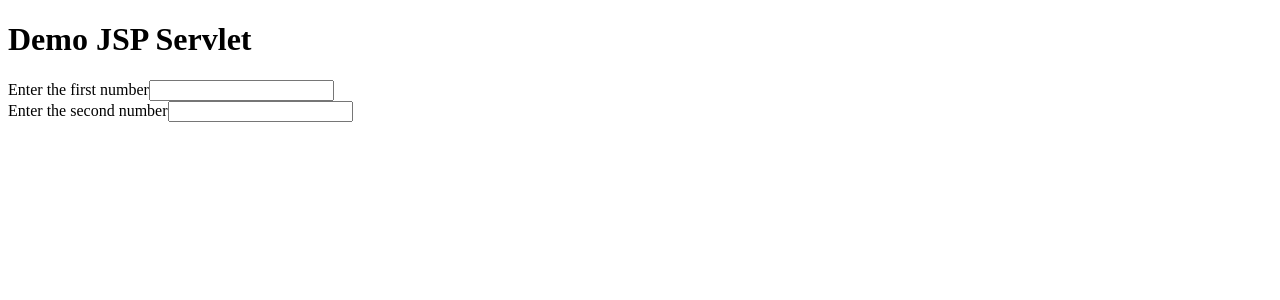
Repository: aneeq1102/java6rth
Page: http://localhost/web_proj/
These files come from the project's save history. The page is drawn as it stood at one moment and after the next save; the edit follows.
The browser window is 1280 px wide. The pictures show the whole page.
The page is served by Tomcat 9.

Above is the page before, as saved 2022-08-09 20:01:04.

After the next save:
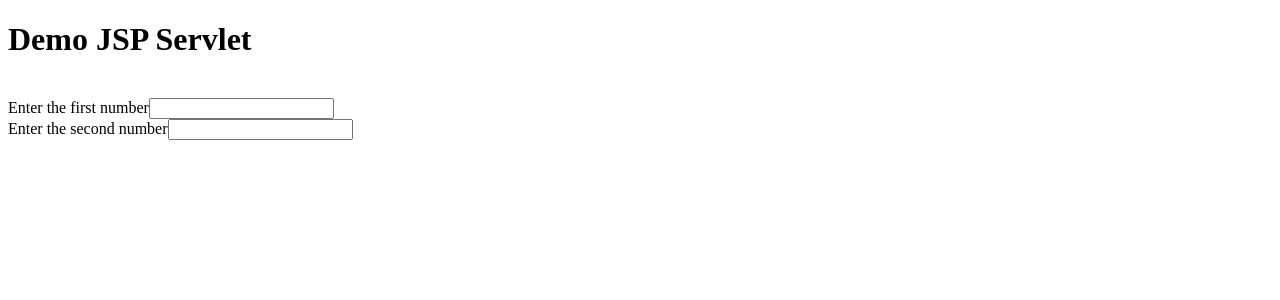
Saved 10 s later.
--- a/web_proj/src/main/webapp/index.jsp
+++ b/web_proj/src/main/webapp/index.jsp
@@ -7,7 +7,7 @@
 <title>Insert title here</title>
 </head>
 <body>
-	<h1>Demo JSP Servlet</h1>
+	<h1>Demo JSP Servlet</h1><br/>
 
 	<form action="add">
 		Enter the first number<input name="in1" type="text"><br/>
